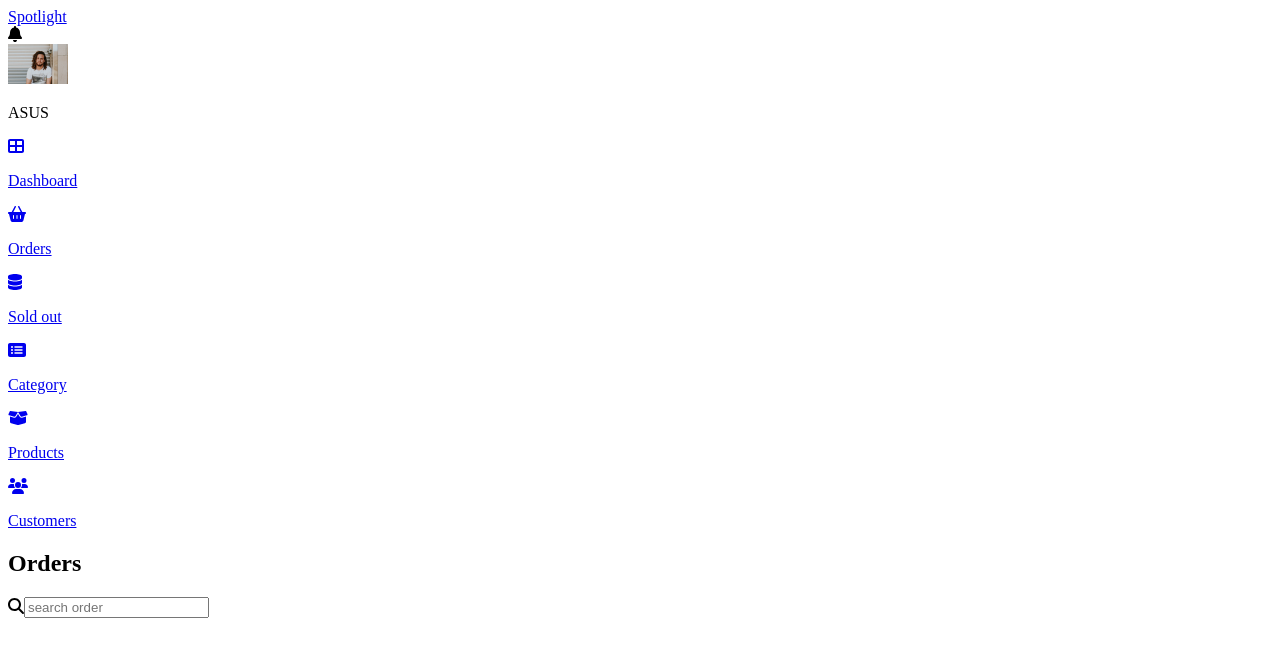
Repository: pin-seavmuy/Spotlight-POS
Page: /add-category
The author's editor kept a copy of each file at every save. The page is drawn from the files as they stood at one save, then again after the next save.
The browser window is 1280 px wide. The pictures show the whole page.
Some web fonts or font styles are not loaded; a fallback is used. The project was rebuilt for these pictures with package versions that can differ from the ones it lists, and the page was loaded fresh each time. Also part of the build but not shown: vue.config.js, src/components/Orders.vue, src/components/Category.vue, src/components/Products.vue, src/components/Customers.vue.

Above is the page before, as saved 2024-06-26 17:55:52.

After the next save:
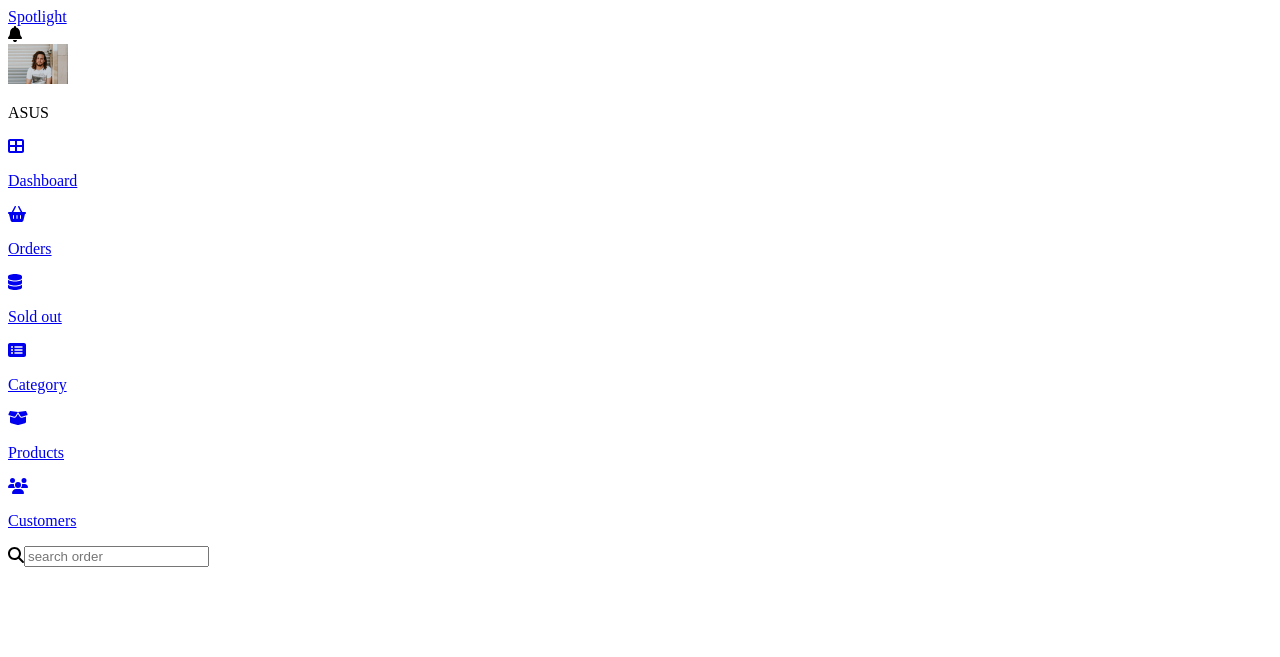
Saved 6 min 49 s later.
--- a/src/components/AddCategory.vue
+++ b/src/components/AddCategory.vue
@@ -50,7 +50,7 @@
 
       <div class="dashboard">
         <div class="wrapper1">
-          <h2>Orders</h2>
+
           <div class="searchBox">
             <font-awesome-icon :icon="icons.search" class="icons" />
             <input type="text" placeholder="search order">
